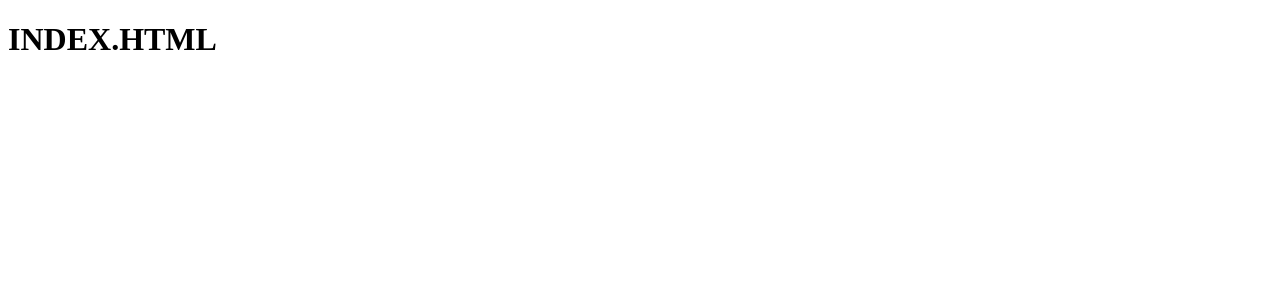
Repository: ChoiDV/learning
Page: source/11_SpringBoot/helloMaven/src/main/resources/static/index.html
These files come from the project's save history. The page is drawn as it stood at one moment and after the next save; the edit follows.
The browser window is 1280 px wide. The pictures show the whole page.

Above is the page before, as saved 2022-08-16 02:44:53.

After the next save:
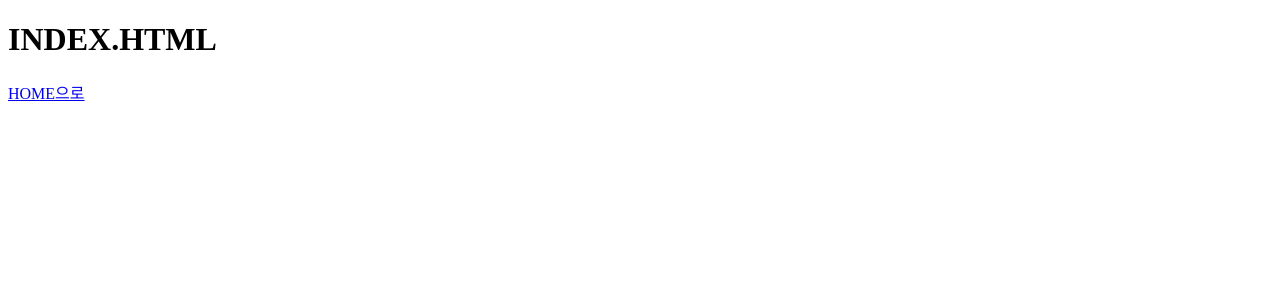
Saved 2 min 26 s later.
--- a/source/11_SpringBoot/helloMaven/src/main/resources/static/index.html
+++ b/source/11_SpringBoot/helloMaven/src/main/resources/static/index.html
@@ -6,5 +6,6 @@
 </head>
 <body>
 	<h1>INDEX.HTML</h1>
+	<a href="/home">HOME으로</a>
 </body>
 </html>
